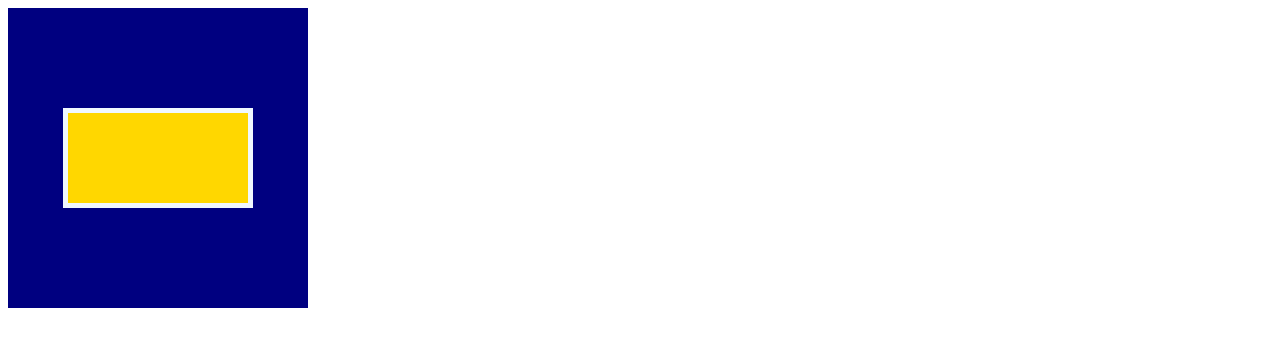
Repository: rascalNoShippo/git-practice
Page: box/box.html
The author's editor kept a record of every edit. The page is drawn from the files as they stood at one moment, then again after the next edit.
The browser window is 1280 px wide. The pictures show the whole page.

Above is the page before.

After the next edit:
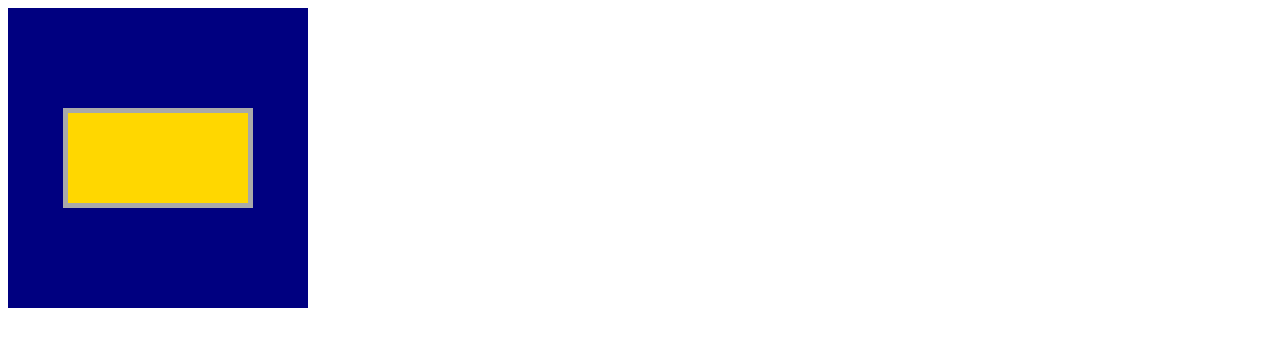
The edit:
--- a/box/box.css
+++ b/box/box.css
@@ -12,5 +12,5 @@
   width: 60%;
   height: 30%;
   background-color: gold;
-  border: 5px aliceblue solid;
+  border: 5px darkgray solid;
 }
